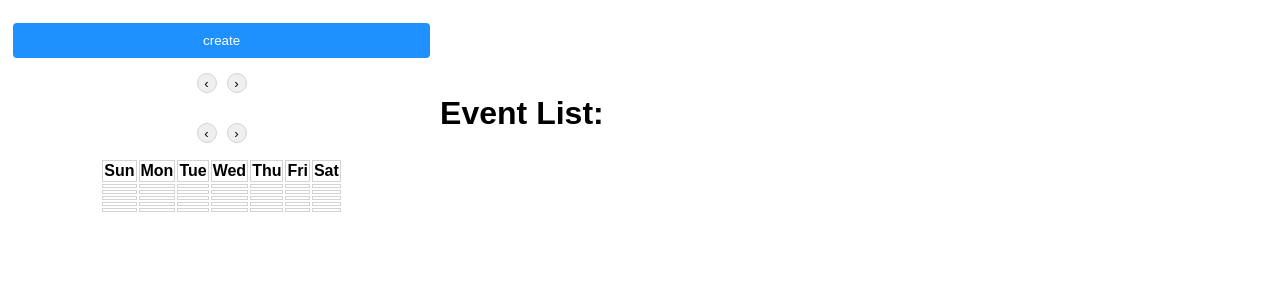
Repository: fateme81yosefi/calendar
Page: index.html
An editor plug-in stored every save of this project. The page is shown before and after the next save, followed by the edit.
The browser window is 1280 px wide. The pictures show the whole page.

Above is the page before, as saved 2024-05-31 09:21:39.
Console error: ReferenceError: eventt is not defined

### index.html
<!DOCTYPE html>

<html>

<head>
  <title>calendar</title>
  <link rel="icon" type="image/x-icon" href="/images/fav.png">
  <link rel="stylesheet" href="styles.css">

</head>

<body>

  <div class="container">
    <div class="container-calendar">
      <button class="create-event" id="create-event" onclick="newEvent()">create</button>

      <div class="contain-year">
        <button class="circle-btn" onclick="decYear()">
          &#8249; </button>
        <span id="year"></span>
        <button class="circle-btn" onclick="incYear()"> &#8250;</button>

      </div>
      <div class="contain-month">
        <button class="circle-btn" onclick="dec()"> &#8249; </button>
        <span id="month"></span>
        <button class="circle-btn" onclick="increaseMonth()"> &#8250; </button>
      </div>
      <table>
        <tr>
          <th>Sun</th>
          <th>Mon</th>
          <th>Tue</th>
          <th>Wed</th>
          <th>Thu</th>
          <th>Fri</th>
          <th>Sat</th>
        </tr>

        <script>
          var tableBody = document.createElement("tbody");
          var table = document.querySelector("table");
          table.appendChild(tableBody);

          var rows = 5;
          var cols = 7;
          for (var i = 1; i <= rows; i++) {
            var row = document.createElement("tr");
            for (var j = 1; j <= cols; j++) {
              var cell = document.createElement("td");
              cell.id = i + "-" + j;
              cell.onclick = function () {
                setEventDate(this.id);
              };
              row.appendChild(cell);
            }
            tableBody.appendChild(row);
          }
        </script>
      </table>

    </div>

    <div class="event-list">
      <h1>Event List:</h1>

      <script>
        var eventlist = document.querySelector(".event-list");

        for (var i = 0; i < eventt.length; i++) {
          var event = document.createElement("div");
          event.className = "event";

          var title = document.createElement("h2");
          title.className = "event-title";
          title.textContent = eventt[i].title;
          event.appendChild(title);

          var description = document.createElement("span");
          description.textContent = eventt[i].desc;
          event.appendChild(description);

          var rowEvent = document.createElement("div");
          rowEvent.className = "row-event";

          var date = document.createElement("span");
          date.className = "date";
          date.textContent = eventt[i].date;
          rowEvent.appendChild(date);

          var time = document.createElement("span");
          time.className = "time";
          time.textContent = eventt[i].time;
          rowEvent.appendChild(time);

          event.appendChild(rowEvent);

          eventlist.appendChild(event);
        }
      </script>

    </div>
    <div class="new-event" id="new-event">
      <h1>new Event:</h1>
      <input type="text" id="title" class="title" placeholder="Event Title">
      <input type="text" id="desc" class="desc" placeholder="Event description">
      <input type="time" id="time" class="time" placeholder="Event Time">
      <input class="date" id="date" placeholder="Event Date">
      <input type="color" id="color" class="color" placeholder="Please choose a color for your event...">
      <button class="add" onclick="addEvent()">add Event</button>
    </div>

  </div>

  <script src="/scripts.js"></script>

</body>

</html>

### styles.css
* {
  font-family: sans-serif;
}
.container{
  display: flex;
  align-items: center;
  justify-content: start;
  flex-direction: row;
}
tr {
  border: 1px solid LightGray;

}
td,
th {
  border: 1px solid LightGray;
  text-align: center;
}
table{
  width: 20%;
}

.circle-btn {
  width: 20px;
  height: 20px;
  border: 1px solid lightgray;
  border-radius: 100%;
  margin: 5px;
}
.contain-year,
.contain-month {
  display: flex;
  align-items: center;
  justify-content: center;
  flex-direction: row;
  padding: 10px;
}
.container-calendar {
  width: 15%;
  display: flex;
  justify-content: center;
  align-items: center;
  flex-direction: column;
  background-color: rgb(255, 255, 255);
  padding: 20px;
}
.create-event,.add{
  padding: 10px 20px;
  width: 100%;
  background-color: DodgerBlue;
  color: white;
  border: none;
  border-radius: 4px;
  margin-top: 10px;
}
.new-event,.event-list,.container-calendar{
  width: 33%;
  padding: 5px;
}
.new-event{
  flex-direction: column;
  justify-content: center;
  display: none;
}
.new-event input{
  padding: 10px;
  margin-top: 10px;
}
.event{
  border: none;
  border-radius: 10px;
  padding: 10px;
  background-color: Orange;
}
.row-event{
  display: flex;
  flex-direction: row;
  justify-content: space-between;
}
@media screen and (max-width: 900px) {
  .container{
    flex-direction: column;
  }
  .new-event,.event-list,.container-calendar{
    width: 100%;
  }
}

### scripts.js
const d = new Date();
m = d.getMonth()
m++
y = d.getFullYear()
day = d.getDate()
weekday = d.getDay()
weekday++

export const eventt=[]

function getMonth() {
    m = document.getElementById("month").innerHTML
    month = monthNameToNum(m)
    return month
}

function getYear() {
    year = parseInt(document.getElementById("year").innerHTML)
    return year
}

function increaseMonth() {

    month = getMonth()

    month++
    if (month > 12) {
        incYear()
        setMonth(1)

    }
    else {
        fillAllDay(month, y)
        setMonth(month)
    }
}

function dec() {
    month = getMonth()
    month--
    if (month < 1) {
        decYear()
        setMonth(12)
    } else {
        fillAllDay(month, y)
        setMonth(month)
    }

}

function incYear() {
    let yy = getYear()
    yy++;
    document.getElementById("year").innerHTML = yy;
    setYear(yy)
    fillAllDay(m, yy)
}

function decYear() {
    let yy = getYear()
    yy--;
    document.getElementById("year").innerHTML = yy;
    setYear(yy)
    fillAllDay(m, yy)
}

function setYear(y) {
    document.getElementById("year").innerHTML = y
}

function monthNameToNum(m) {
    switch (m) {
        case "January": return 1;
        case "February": return 2;
        case "March": return 3;
        case "April": return 4;
        case "May": return 5;
        case "June": return 6;
        case "July": return 7;
        case "August": return 8;
        case "September": return 9;
        case "October": return 10;
        case "November": return 11;
        case "December": return 12;
    }
}

function setMonth(m) {
    switch (m) {
        case 1: month = "January";
            break;
        case 2: month = "February";
            break;
        case 3: month = "March";
            break;
        case 4: month = "April";
            break;
        case 5: month = "May";
            break;
        case 6: month = "June";
            break;
        case 7: month = "July";
            break;
        case 8: month = "August";
            break;
        case 9: month = "September";
            break;
        case 10: month = "October";
            break;
        case 11: month = "November";
            break;
        case 12: month = "December";
            break;
    }
    document.getElementById("month").innerHTML = month

}

function findFirstDayMonth(m, y) {
    const date = new Date(y + "-" + m + "-" + 1)
    return date.getDay()
}

function calcDayCount(m) {
    switch (m) {
        case 1: return 31;
        case 2: return 28;
        case 3: return 31;
        case 4: return 30;
        case 5: return 31;
        case 6: return 30;
        case 7: return 31;
        case 8: return 31;
        case 9: return 30;
        case 10: return 31;
        case 11: return 30;
        case 12: return 31;
    }
}

function fillAllDay(m, y) {

    dayCount = calcDayCount(m)


    var fd = findFirstDayMonth(m, y);
    fd++;

    let row = 1
    let col = fd
    for (let i = 1; i < col; i++) {
        const x = row + "-" + i;
        document.getElementById(x).innerHTML = ""
    }
    for (let i = 1; i <= dayCount; i++) {
        const x = row + "-" + col;
        document.getElementById(x).style.backgroundColor = "white"

        month = d.getMonth()
        month++
        console.log(y == d.getFullYear())
        if (day == i && m == month && y == d.getFullYear()) {
            document.getElementById(x).style.backgroundColor = "DodgerBlue"
        }

        document.getElementById(x).innerHTML = i;
        if (col >= 7) {
            col = 1;
            row++;
        } else {
            col++;
        }
        if (row >= 6) {
            row = 1;
        }
    }

    for (let i = col; i <= 7; i++) {
        if (row == 5) {
            const x = row + "-" + i;
            document.getElementById(x).innerHTML = ""
        }
    }
}

function newEvent() {
    document.getElementById("new-event").style.display = "flex"
}

function setEventDate(id) {
    return (document.getElementById("" + id).innerHTML)
}


setMonth(m)
setYear(y)
fillAllDay(m, y)

After the next save:
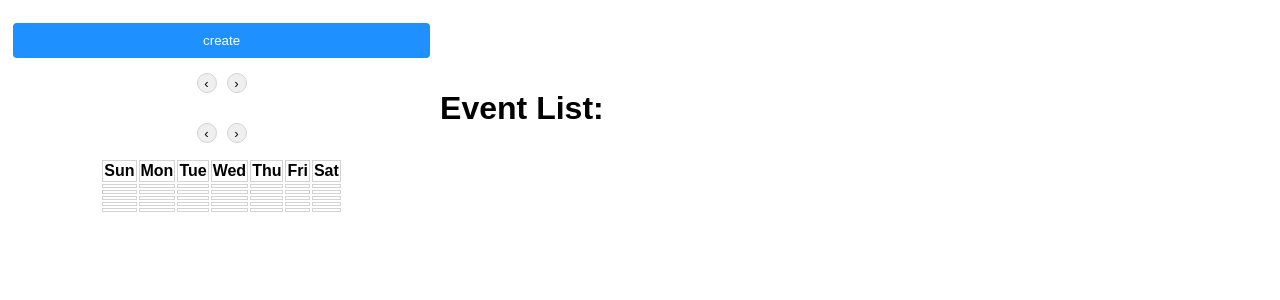
Console error: SyntaxError: Unexpected token 'export'
Saved 6 s later.
--- a/index.html
+++ b/index.html
@@ -64,8 +64,23 @@
 
     <div class="event-list">
       <h1>Event List:</h1>
+      <div class="event-list"></div>
 
       <script>
+        const eventt = [];
+
+        function addEvent() {
+          eventt.push({
+            title: document.getElementById("title").value,
+            description: document.getElementById("desc").value,
+            time: document.getElementById("time").value,
+            date: document.getElementById("date").value,
+            bg: document.getElementById("color").value
+          });
+
+          console.log(eventt);
+        }
+
         var eventlist = document.querySelector(".event-list");
 
         for (var i = 0; i < eventt.length; i++) {
@@ -78,7 +93,7 @@
           event.appendChild(title);
 
           var description = document.createElement("span");
-          description.textContent = eventt[i].desc;
+          description.textContent = eventt[i].description;
           event.appendChild(description);
 
           var rowEvent = document.createElement("div");
